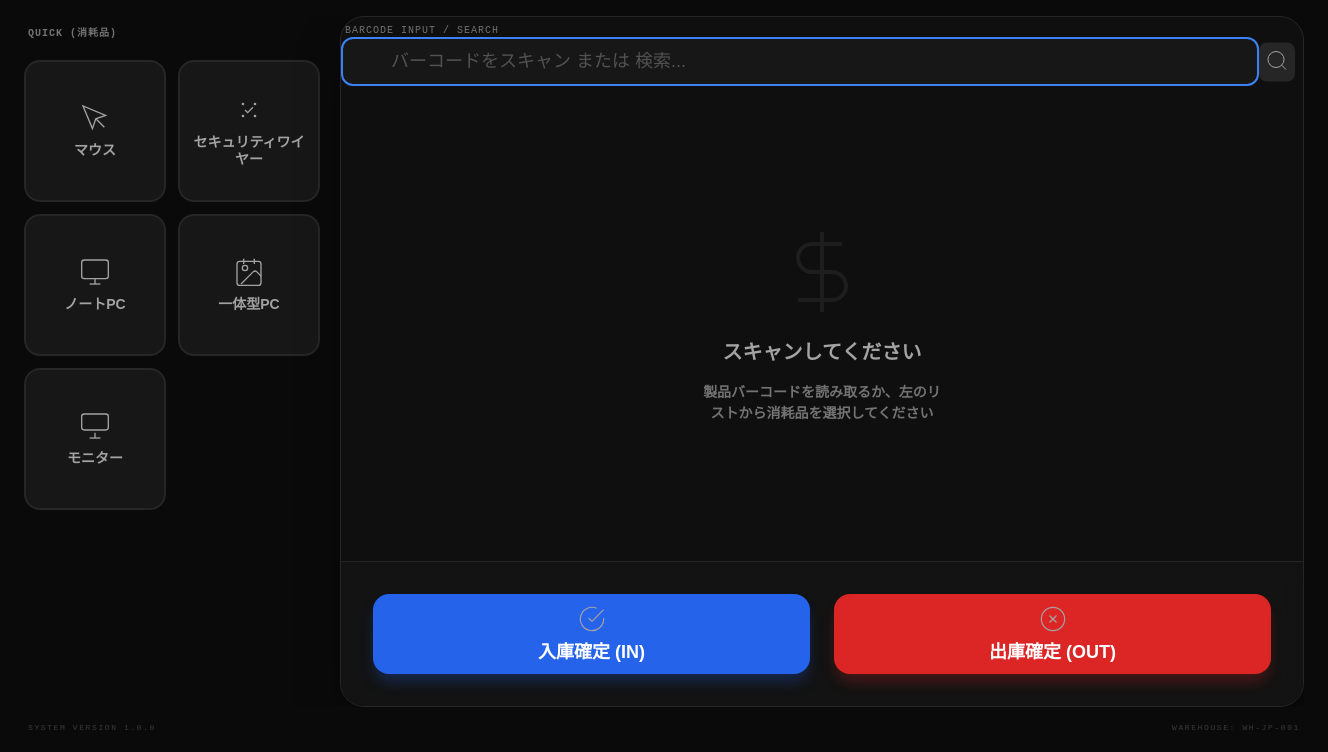
Repository: t-morika/Souko2_app
Page: index.html
An editor plug-in stored every save of this project. The page is shown before and after the next save, followed by the edit.
The browser window is 1280 px wide. The page is 1328 px wide, so the pictures cover 1328 px, including what lies to the right of the window. The pictures show the whole page.
The page's requests for data from a server got no answer.

Above is the page before, as saved 2026-04-29 11:37:38.

After the next save:
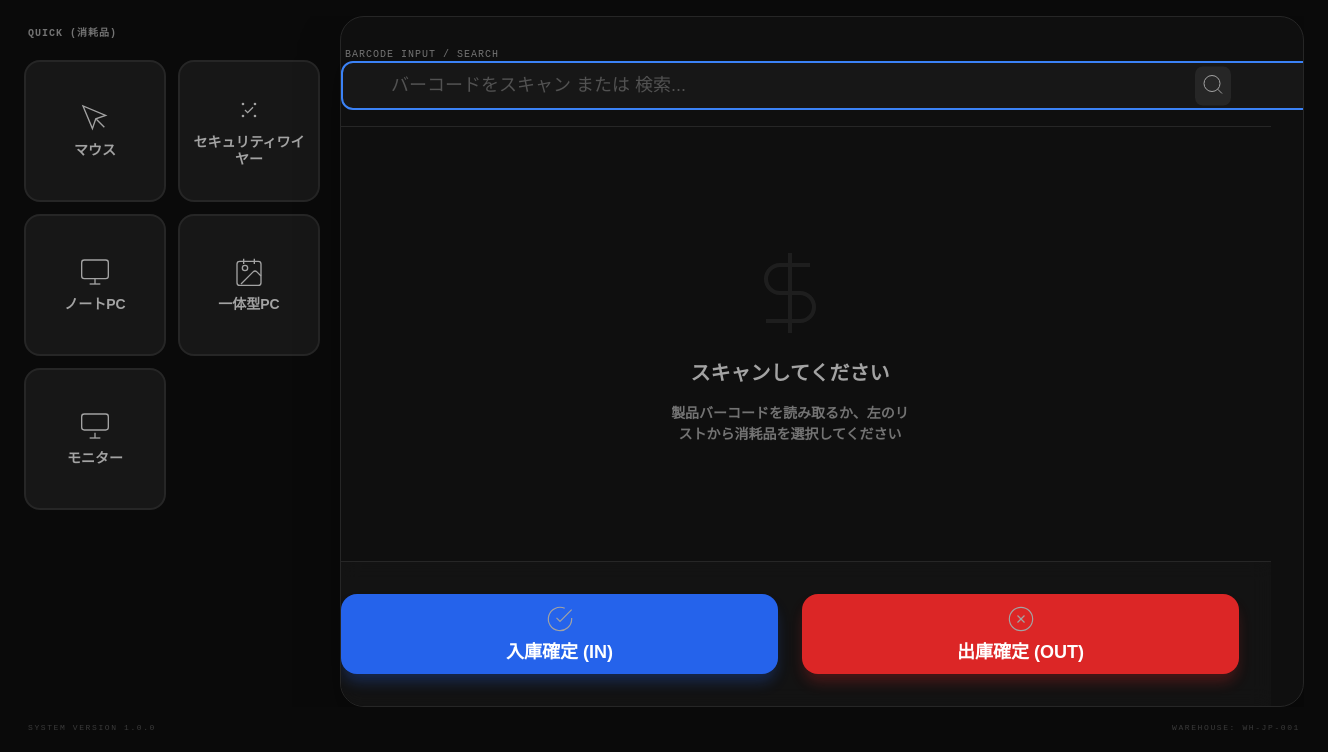
Saved 14 s later.
--- a/style.css
+++ b/style.css
@@ -42,7 +42,7 @@ body {
 }
 
 .barcode-input {
-    width: 85%;
+    width: 100%;
     background-color: #171717;
     border: 2px solid #262626;
     border-radius: 0.75rem;
@@ -55,6 +55,11 @@ body {
 
 .barcode-input:focus {
     border-color: #3b82f6;
+}
+
+.product-panel-barcode {
+    padding: 1.5rem 2rem 1rem;
+    border-bottom: 1px solid #262626;
 }
 
 .barcode-input::placeholder {
@@ -84,43 +89,6 @@ body {
     color: #a3a3a3;
 }
 
-.status-indicator {
-    display: flex;
-    align-items: center;
-    gap: 0.75rem;
-    background-color: rgba(23, 23, 23, 0.5);
-    padding: 0.75rem;
-    border-radius: 0.75rem;
-    border: 1px solid #262626;
-}
-
-.status-icon {
-    padding: 0.5rem;
-    background-color: rgba(59, 130, 246, 0.1);
-    border-radius: 50%;
-}
-
-.status-icon .icon {
-    color: #3b82f6;
-}
-
-.status-text {
-    display: flex;
-    flex-direction: column;
-}
-
-.status-label {
-    font-size: 10px;
-    color: #737373;
-    text-transform: uppercase;
-    font-weight: bold;
-    letter-spacing: 0.05em;
-}
-
-.status-value {
-    font-size: 0.75rem;
-    font-weight: 500;
-}
 
 /* Main */
 .main {
